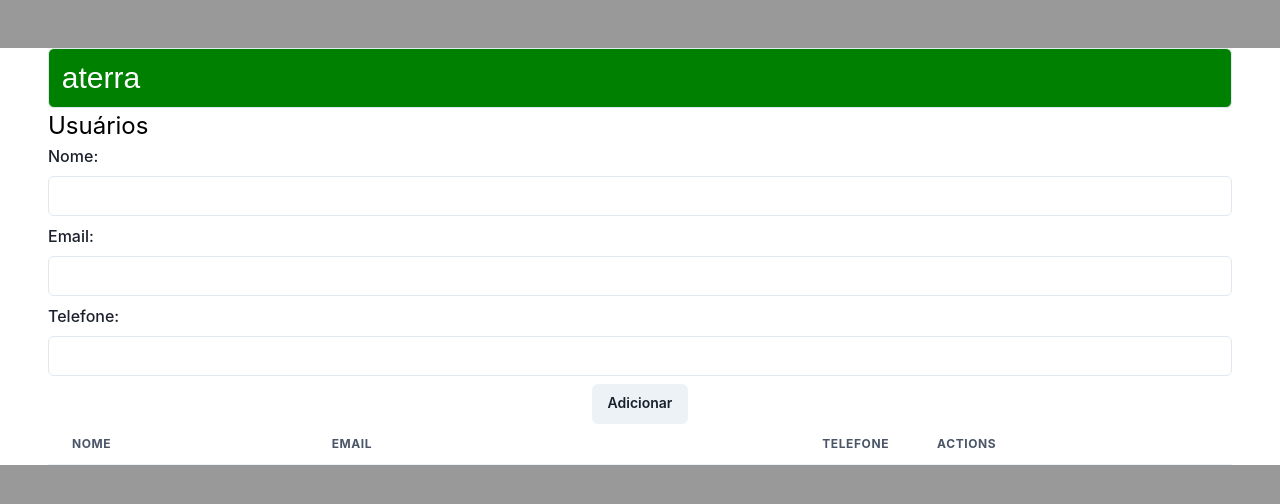
Repository: renan-oliveira93/CRUD-ATERRA
Page: /
An editor plug-in stored every save of this project. The page is shown before and after the next save, followed by the edit.
The browser window is 1280 px wide. The pictures show the whole page.
The page's requests for data from a server got no answer. The project was rebuilt for these pictures with package versions that can differ from the ones it lists, and the page was loaded fresh each time. The framework's server and built-in components were replaced by stand-ins that run in the browser. No one was signed in, and anything a server would have sent is missing. Also part of the build but not shown: next.config.js.

Above is the page before, as saved 2022-02-02 23:27:33.

### pages/_app.js
import '../styles/globals.css'
import { ChakraProvider } from '@chakra-ui/react'

function MyApp({ Component, pageProps }) {
  return (
    <ChakraProvider>
         <Component {...pageProps} />
    </ChakraProvider>
  )

}

export default MyApp

### pages/index.js
import {
  Flex,
  Text,
  Box,
  Input,
  FormControl,
  FormLabel,
  Table,
  Thead,
  Tbody,
  Tr,
  Th,
  Td,
  VStack,
  Menu,
  MenuItem,
 } from '@chakra-ui/react'
import { Button } from '@chakra-ui/react'
import axios from 'axios';
import { useEffect,useState } from 'react';
//import api from '../services/api';




export default function Home() {

  //funções de armazenamento de dados
  const [usuarios, setUsuarios] = useState ([]);
  const [id, setId] = useState (null);

  const [name, setName] = useState ('');
  console.log({name})

  const [email, setEmail] = useState ('');
  console.log({email})

  const [telefone, setTelefone] = useState ('');
  console.log({telefone})

  //funções que controlam os eventos nos imputs
  const handleChangeName = (text) =>{
    setName(text)
  }

  const handleChangeEmail = (text) =>{
    setEmail(text)
  }

  const handleChangeTelefone = (text) =>{
    setTelefone(text)
  }

  //função que controla o botão de submit
  const handleSubmit = async (event) => {
    event.preventDefault()

    try{
      const data = await axios.post('../api/usuarios', {name, email, telefone})

      setUsuarios(usuarios.concat(data.data.data))

      setName('')
      setEmail('')
      setTelefone('')
    }catch(err){
      console.log(err)
    }

  }

  //função para trazer usuarios do banco de dados e imprimir na tela
  useEffect(() => {
    axios.get('../api/usuarios').then(({data}) => {
      setUsuarios(data.data)
    })
  }, [])

  //função de controle do delete
  const handleDelete = async (_id) =>{
    try{
      await axios.delete(`/api/usuarios/${_id}`)

      setUsuarios(usuarios.filter(usuario => usuario._id !== _id))
    }catch(err){
      console.log(err)
    }

  }

  //funções de controle de update
  const handleUpdate = async (event) => {
    event.preventDefault()

    try {
      await axios.put(`/api/usuarios/[usuarioId]${id}`, {name, email, telefone})
      setUsuarios(usuarios.map(usuario => usuario._id === id ?{name, email, telefone, _id : id} : usuario))

    setName('')
    setEmail('')
    setTelefone('')
    setId(null)
    } catch (err) {
      console.log(err)
    }
  }

  const handleUpdateSubmit = (usuario) => {
    setId(usuario._id)
    setName(usuario.name)
    setEmail(usuario.email)
    setTelefone(usuario.telefone)

  }

  return (
    <Box margin='3rem' >
      <Menu>
          <MenuItem
            fontFamily={'sans-serif'}
            borderRadius='md'
            borderWidth='1px'
            bgColor={'green'}
            color={'white'}
            fontSize={'3xl'}
            _expanded={{ bg: 'blue.400' }}
            _focus={{ boxShadow: 'outline' }}
          >
          aterra
  </MenuItem>

</Menu>

      <Flex color='white' justifyContent='space-between' >
          <Text color='black' fontSize='2xl'>Usuários</Text>
      </Flex>

      <VStack  as='form' onSubmit={id ? handleUpdate : handleSubmit}>
        <FormControl>
          <FormLabel >Nome:</FormLabel>
            <Input
            type='text'
            value={name}
            onChange={event => handleChangeName(event.target.value)}
            />

        </FormControl>

        <FormControl>
          <FormLabel>Email:</FormLabel>
            <Input
            type='email'
            value={email}
            onChange={event => handleChangeEmail(event.target.value)}
            />

        </FormControl>

        <FormControl>
          <FormLabel >Telefone:</FormLabel>
            <Input
            type='tel:'
            value={telefone}
            onChange={event => handleChangeTelefone(event.target.value)}
            />

        </FormControl>

        <Button fontSize='sm' margin='1rem' alignself='flex-end' colorScheme='gray' type='submit'>{id? 'Atualizar' : 'Adicionar'}</Button>

      </VStack>

      <Table variant='simple'>

        <Thead>

          <Tr>
            <Th>Nome</Th>
            <Th>Email</Th>
            <Th isNumeric>Telefone</Th>
            <Th>Actions</Th>
          </Tr>

        </Thead>

        <Tbody>

          {usuarios.map(usuario => (
            <Tr key={usuario._id}>
              <Td>{usuario.name}</Td>
              <Td>{usuario.email}</Td>
              <Td isNumeric>{usuario.telefone}</Td>
              <Td>
                <Flex justifyContent='space-between'>
                  <Button size="sm" fontSize="smaller" colorScheme="yellow" mr="2"
                  onClick={() => handleUpdateSubmit(usuario)}>Editar</Button>
                  <Button size='sm' colorScheme='red'
                  onClick={() => handleDelete(usuario._id)}>Remover</Button>
                </Flex>
              </Td>
            </Tr>
          ))}

        </Tbody>

     </Table>

    </Box>

  )
};

### styles/globals.css
html,
body {
  padding: 0;
  margin: 0;
  font-family: -apple-system, BlinkMacSystemFont, Segoe UI, Roboto, Oxygen,
    Ubuntu, Cantarell, Fira Sans, Droid Sans, Helvetica Neue, sans-serif;
  background-color: #999;
}

a {
  color: inherit;
  text-decoration: none;
}

* {
  box-sizing: border-box;
}

After the next save:
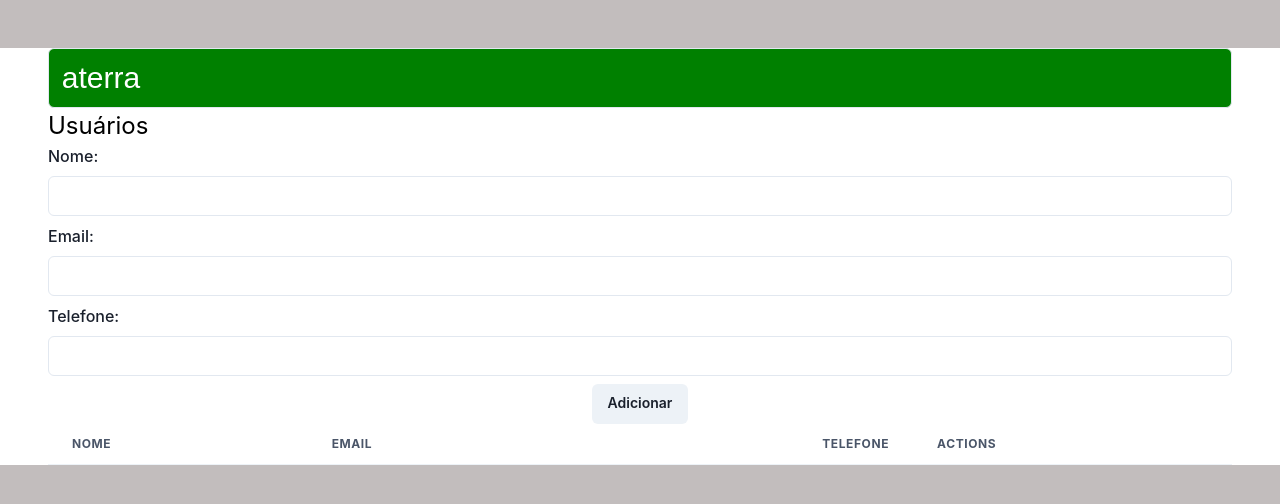
Saved 75 s later.
--- a/styles/globals.css
+++ b/styles/globals.css
@@ -4,7 +4,7 @@ body {
   margin: 0;
   font-family: -apple-system, BlinkMacSystemFont, Segoe UI, Roboto, Oxygen,
     Ubuntu, Cantarell, Fira Sans, Droid Sans, Helvetica Neue, sans-serif;
-  background-color: #999;
+  background-color: #c2bdbd;
 }
 
 a {
